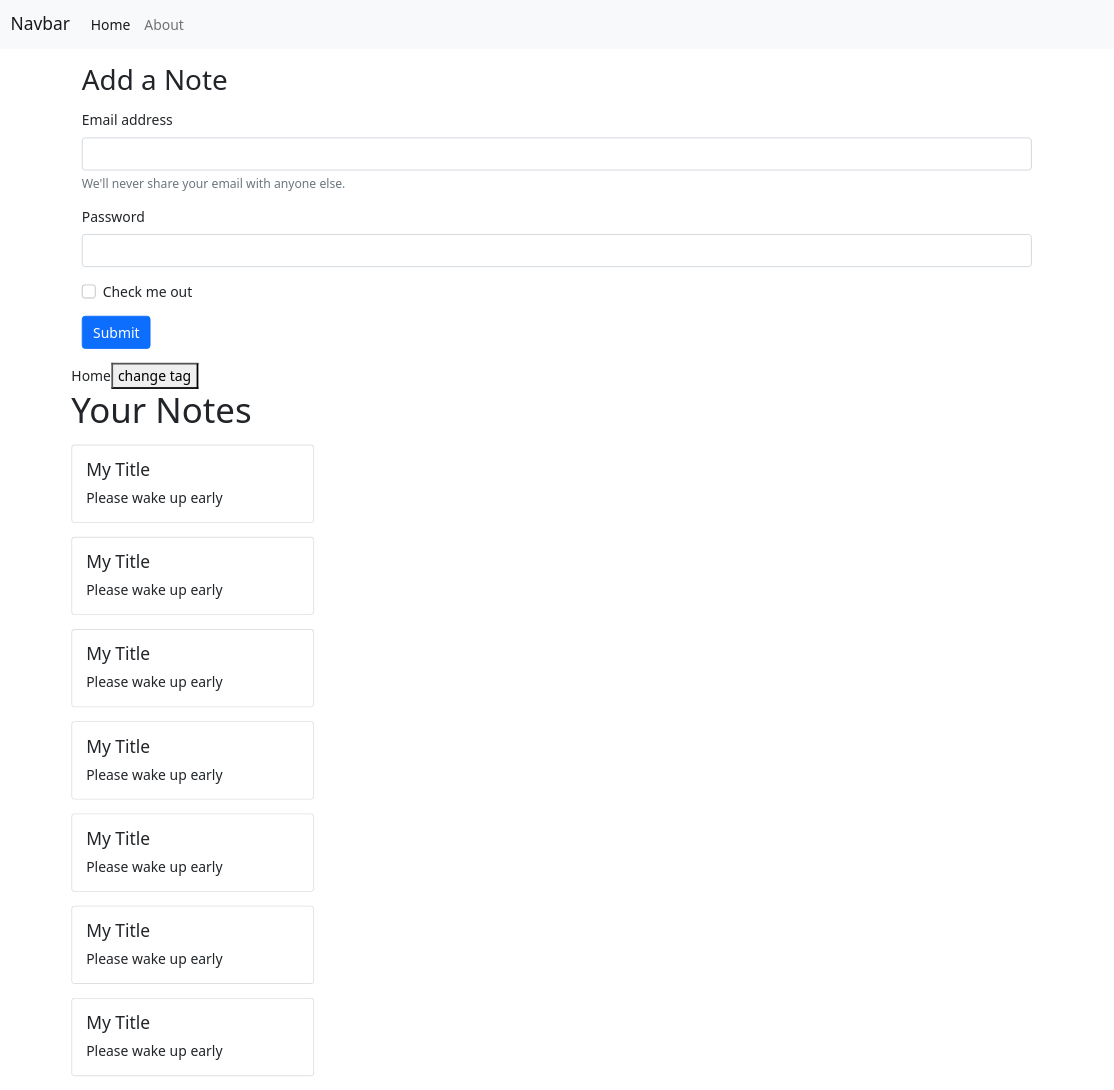
Repository: Asad-devv/inotebook-mern
Page: /
An editor plug-in stored every save of this project. The page is shown before and after the next save, followed by the edit.
The browser window is 1280 px wide. The pictures show the whole page, at 87% of full size.
The project was rebuilt for these pictures with package versions that can differ from the ones it lists, and the page was loaded fresh each time. Also part of the build but not shown: vite.config.js, src/components/About.jsx.

Above is the page before, as saved 2023-04-14 00:38:33.

After the next save:
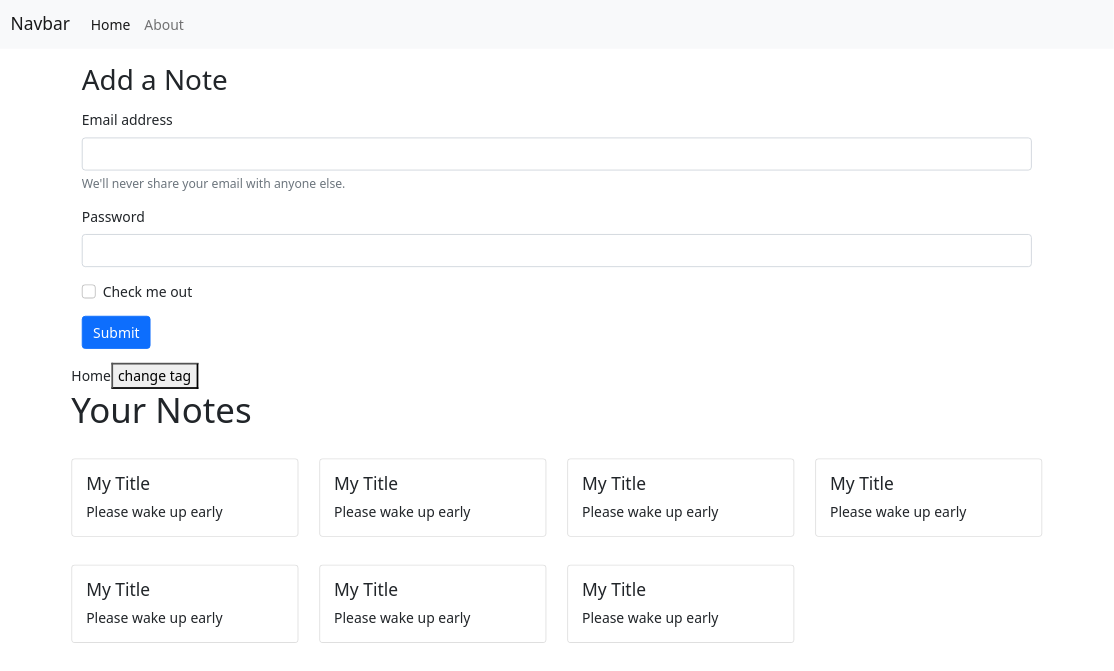
Saved 8 s later.
--- a/src/components/Notes.jsx
+++ b/src/components/Notes.jsx
@@ -23,7 +23,7 @@ const Notes = () => {
     const dispatch= useDispatch();
 const notes =  useSelector((state) => state.notes.value)
   return (
-    <div className=''>
+    <div className='row my-3'>
          {notes.map((note)=>{
         return(
         //   <h1 key={  .id}>{note.title}</h1>
